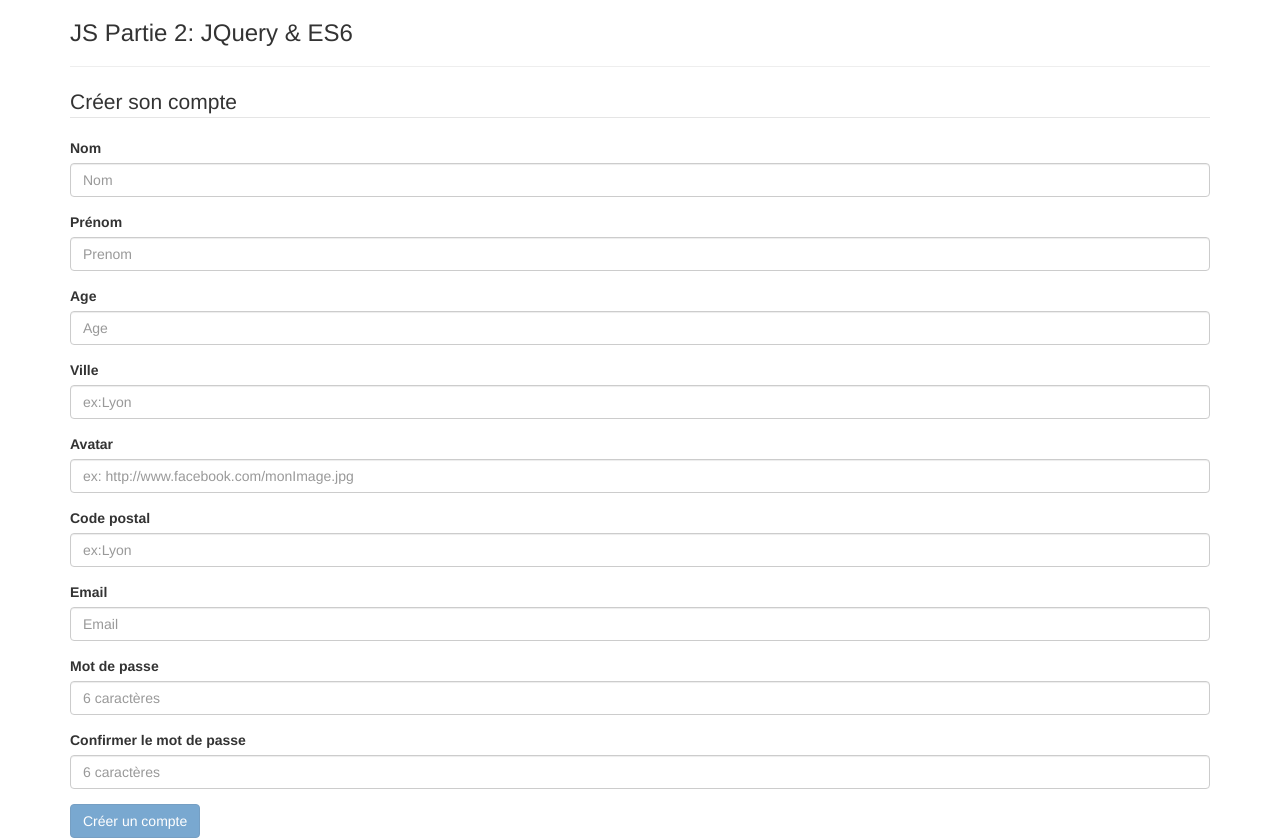
Repository: Symfomany/WildJQueryForm
Page: index.html
The author's editor kept a copy of each file at every save. The page is drawn from the files as they stood at one save, then again after the next save.
The browser window is 1280 px wide. The pictures show the whole page.

Above is the page before, as saved 2017-03-06 06:59:12.

After the next save:
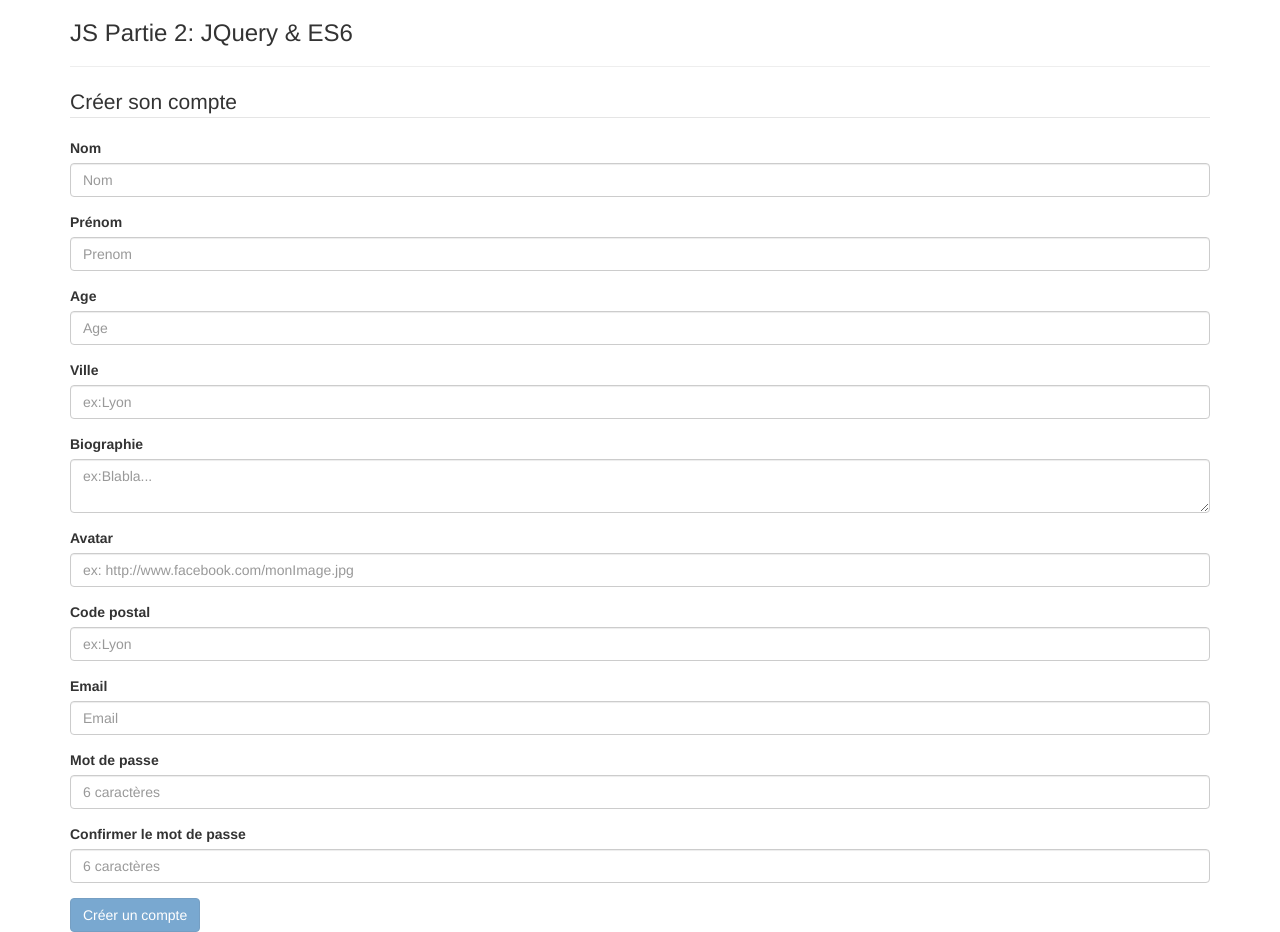
Saved 51 s later.
--- a/index.html
+++ b/index.html
@@ -40,6 +40,14 @@
                 <label for="">Ville</label>
                 <input type="text" class="form-control" id="ville" placeholder="ex:Lyon">
             </div>
+
+            <div class="form-group">
+                <label for="">Biographie</label>
+                <textarea class="form-control" id="biography" placeholder="ex:Blabla..."></textarea>
+            </div>
+
+
+
             <div class="form-group">
                 <label for="">Avatar</label>
                 <input type="url" class="form-control" id="avatar" placeholder="ex: http://www.facebook.com/monImage.jpg">
